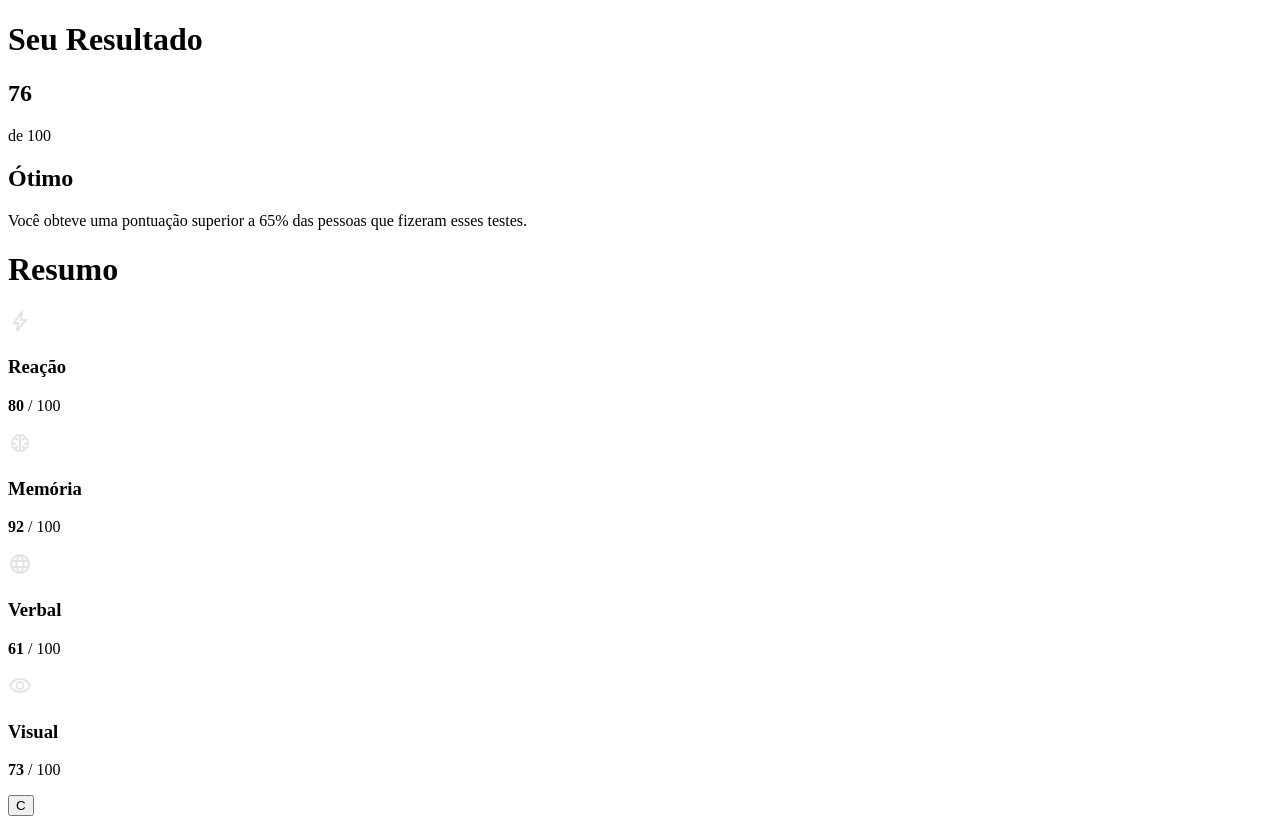
Repository: caique2512/resumo-de-resultados
Page: index.html
The author's editor kept a copy of each file at every save. The page is drawn from the files as they stood at one save, then again after a run of saves.
The browser window is 1280 px wide. The pictures show the whole page.

Above is the page before, as saved 2026-03-04 22:26:33.

After the next 3 saves:
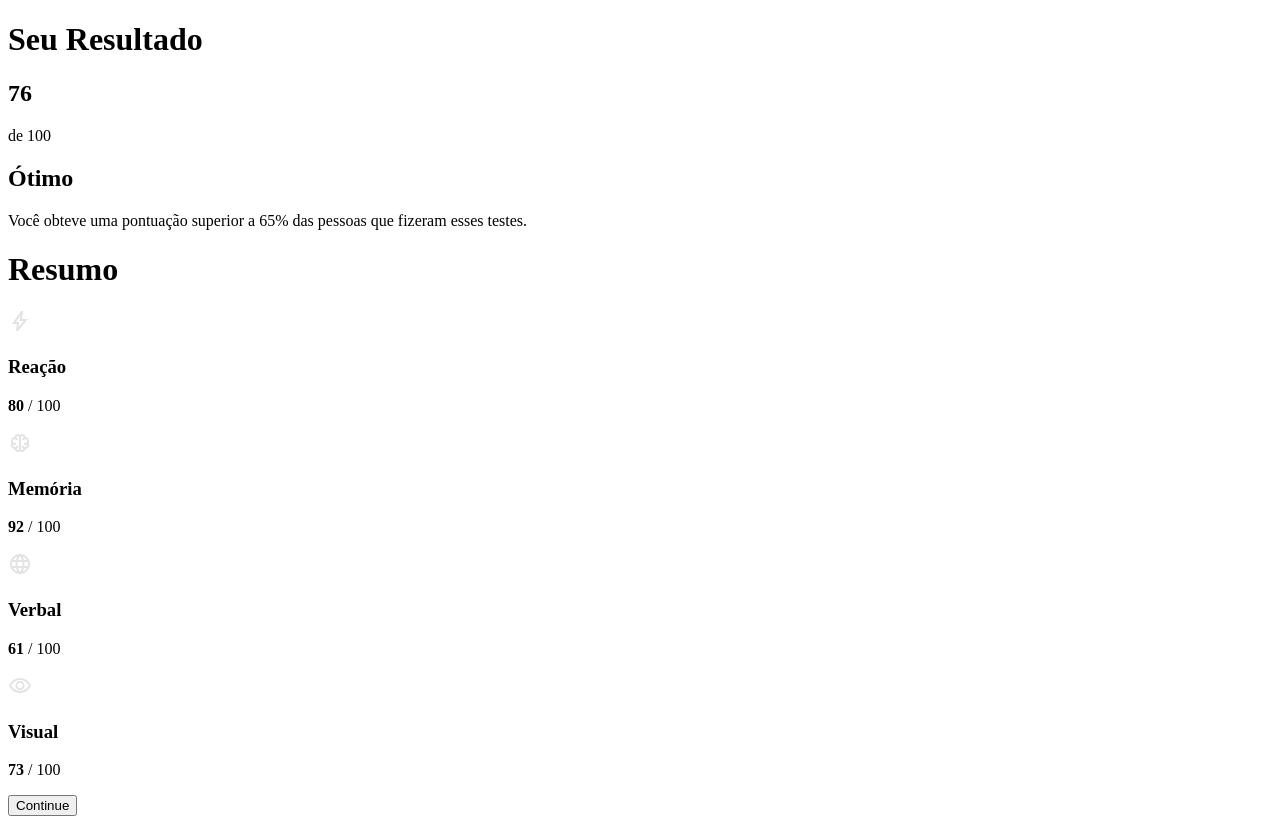
The 3 saves are shown as one change because they came seconds apart.
The last was saved 10 s later.
--- a/index.html
+++ b/index.html
@@ -40,7 +40,7 @@
                     <p><strong>73</strong> / 100</p>
                 </div>
             </div>
-            <button>C</button>
+            <button class="btn">Continue</button>
         </div>
     </main>
 </body>
